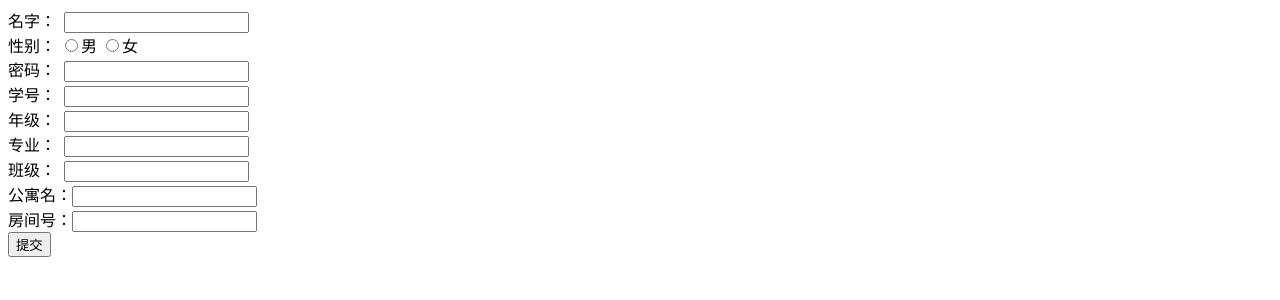
Repository: qqloli/fight
Page: http://localhost/s2sh/register.jsp
An editor plug-in stored every save of this project. The page is shown before and after the next save, followed by the edit.
The browser window is 1280 px wide. The pictures show the whole page.
The page is served by Tomcat 9. Nobody is signed in. The application's start-up code is not run.

Above is the page before, as saved 2019-06-18 16:48:49.

After the next save:
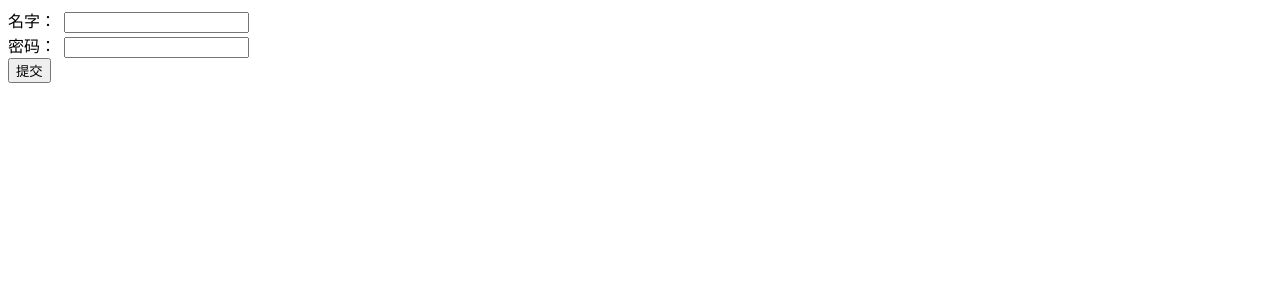
Saved 58 s later.
--- a/eclipse/s2sh/WebContent/register.jsp
+++ b/eclipse/s2sh/WebContent/register.jsp
@@ -7,17 +7,11 @@
 <title>Insert title here</title>
 </head>
 <body>
-<form action="" method="post">
+<form action="/s2sh/userAction_register" method="post">
 名字：&nbsp;&nbsp;<input type="text" name="name"><br>
-性别：&nbsp;<input type="radio" name="sexual">男
-<input type="radio" name="sexual">女<br>
-密码：&nbsp;&nbsp;<input type="password" name="password"><br>
-学号：&nbsp;&nbsp;<input type="text" name="number"><br>
-年级：&nbsp;&nbsp;<input type="text" name="grade"><br>
-专业：&nbsp;&nbsp;<input type="text" name="zhunye"><br>
-班级：&nbsp;&nbsp;<input type="text" name="class"><br>
-公寓名：<input type="text" name="gongyu"><br>
-房间号：<input type="text" name="roomno"><br>
+
+密码：&nbsp;&nbsp;<input type="text" name="pwd"><br>
+
 
 
 
